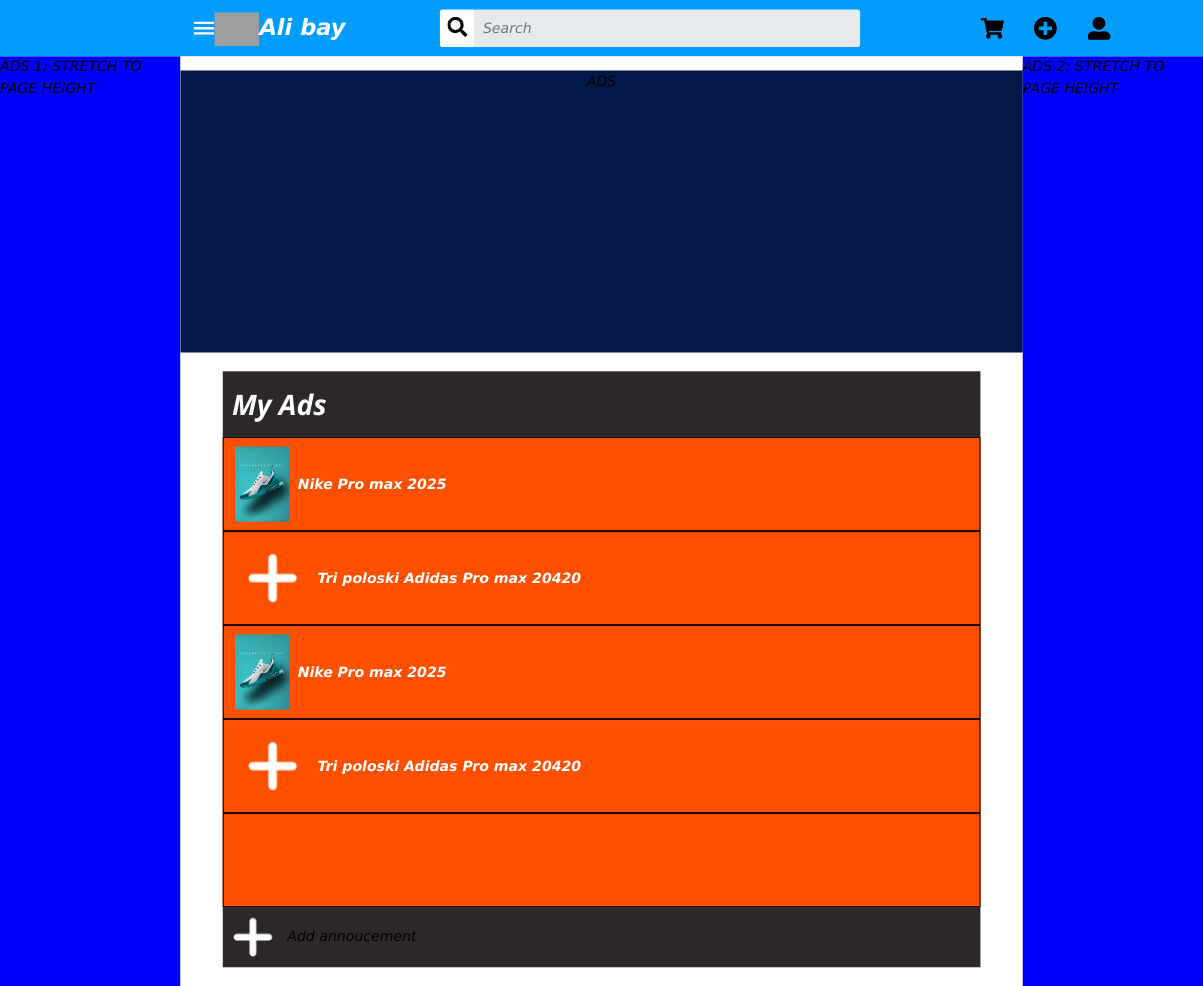
Repository: Aramys21/alibay-site
Page: public/ad_list.html
The author's editor kept a copy of each file at every save. The page is drawn from the files as they stood at one save, then again after the next save.
The browser window is 1280 px wide. The pictures show the whole page, at 94% of full size.
Pictures or frames that could not be fetched are drawn as grey boxes.

Above is the page before, as saved 2023-04-05 00:46:02.

After the next save:
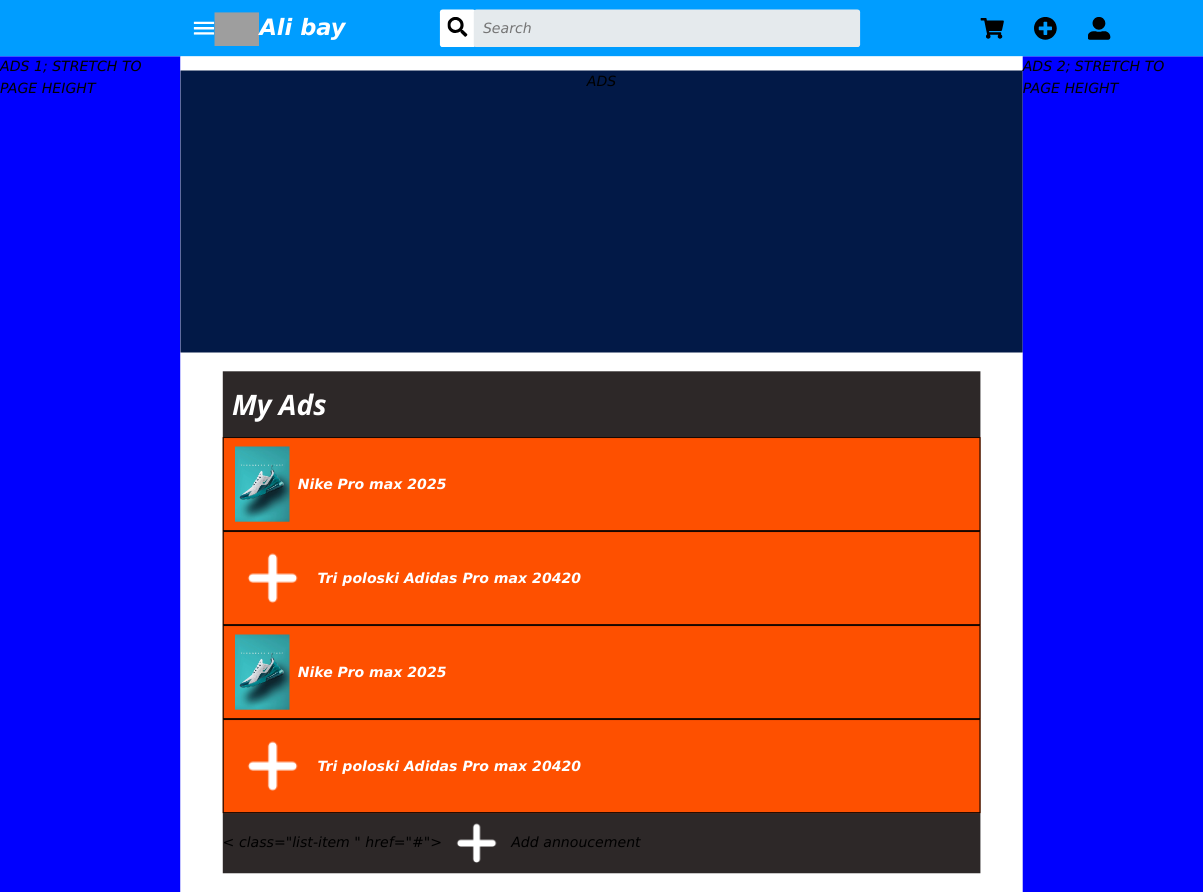
Saved 7 s later.
--- a/public/ad_list.html
+++ b/public/ad_list.html
@@ -129,10 +129,10 @@
 				<a>Tri poloski Adidas Pro max 20420</a>
 			</div>
 			<!-- single item end -->
-			<div class="link-list-item"><a class="list-item " href="#">
+			<div class="link-list-item">< class="list-item " href="#">
 			<a href="#"><img src="src/images/ades (2).png"></a>
 			<a href="#" style="text-decoration: none;">Add annoucement</a>
-			</a>
+
 			</div>
 		</div>
 

After the 2 saves that followed:
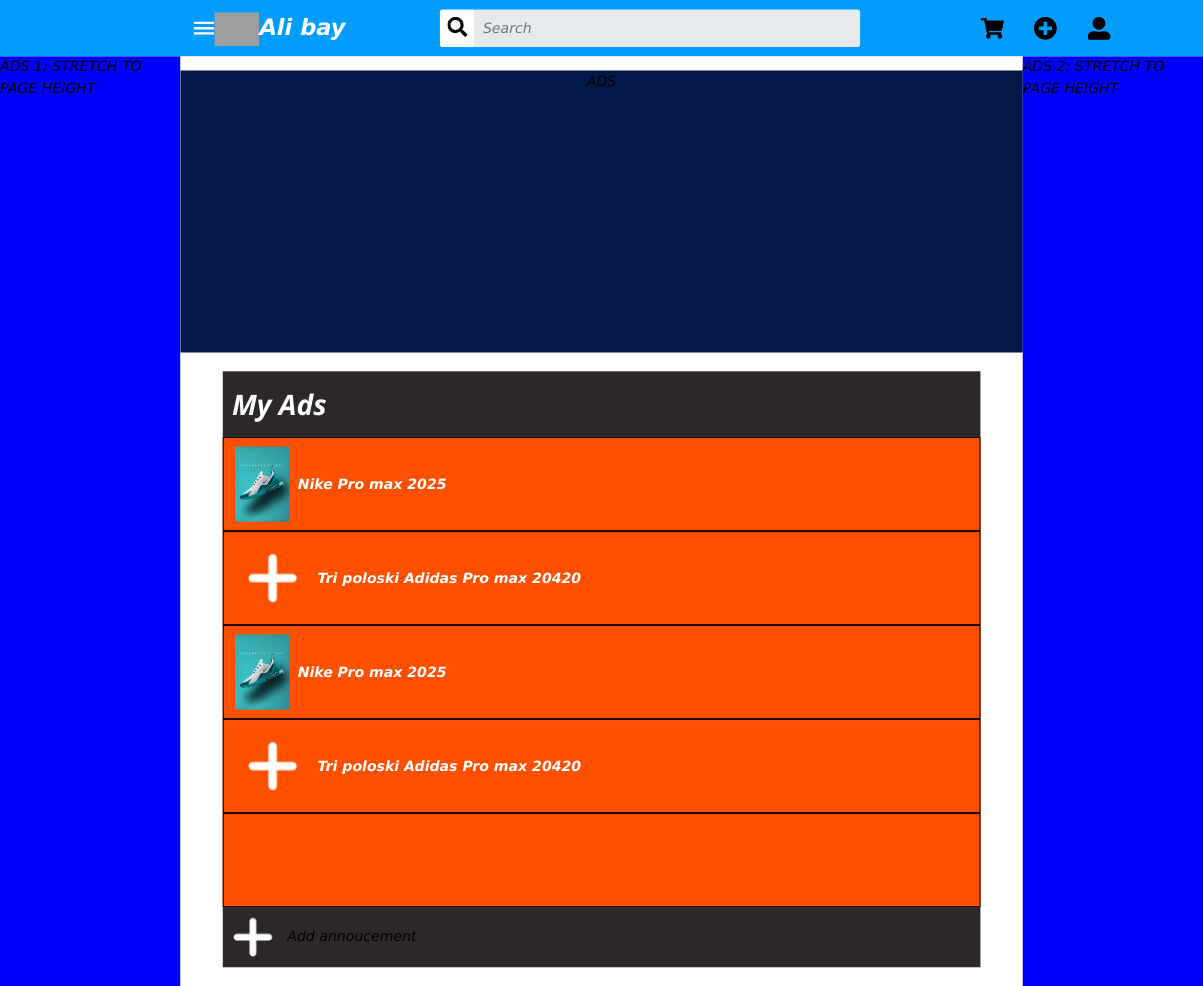
The 2 saves are shown as one change because they came seconds apart.
The last was saved 13 s later.
--- a/public/ad_list.html
+++ b/public/ad_list.html
@@ -129,7 +129,7 @@
 				<a>Tri poloski Adidas Pro max 20420</a>
 			</div>
 			<!-- single item end -->
-			<div class="link-list-item">< class="list-item " href="#">
+			<div class="link-list-item"><a class="list-item " href="#"/>
 			<a href="#"><img src="src/images/ades (2).png"></a>
 			<a href="#" style="text-decoration: none;">Add annoucement</a>
 
